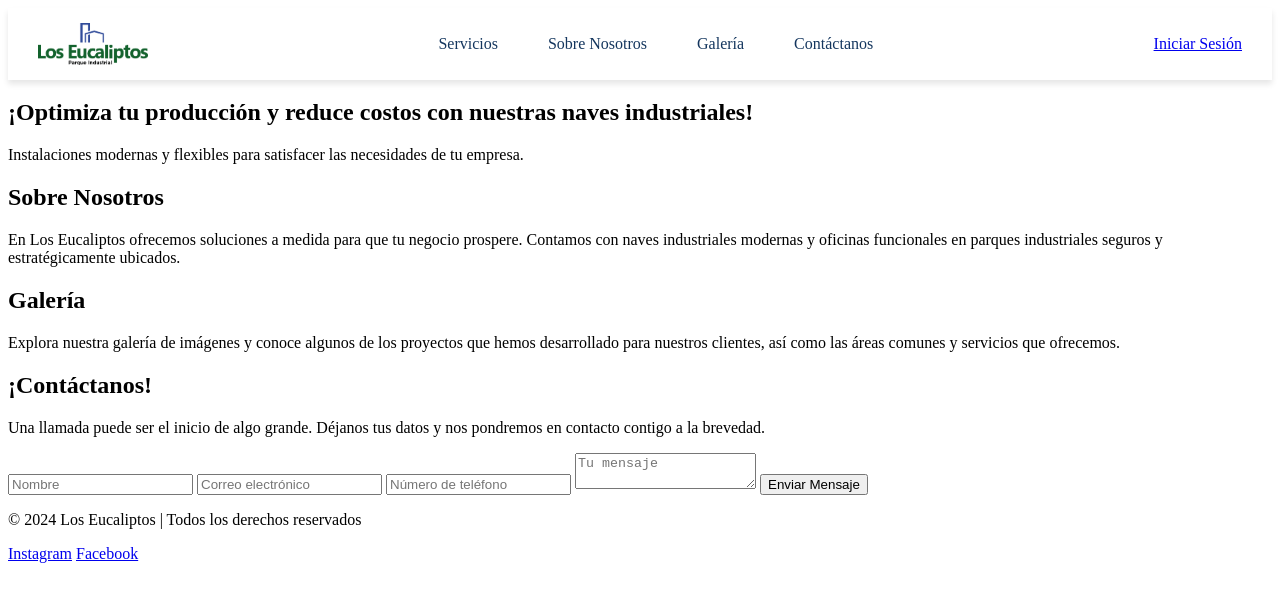
Repository: Los-Eucaliptos-WebApp/Los-Eucaliptos-FrontEnd
Page: pages/los-eucaliptos-home-page/index.html
The author's editor kept a copy of each file at every save. The page is drawn from the files as they stood at one save, then again after the next save.
The browser window is 1280 px wide. The pictures show the whole page.

Above is the page before, as saved 2025-02-16 22:01:36.

### pages/los-eucaliptos-home-page/index.html
<!DOCTYPE html>
<html lang="es">
<head>
    <meta charset="UTF-8">
    <meta name="viewport" content="width=device-width, initial-scale=1.0">
    <title>Los Eucaliptos</title>
    <link rel="stylesheet" href="styles.css">
</head>
<body>

    <!-- ENCABEZADO -->
    <header>
        <div class="logo">
            <img src="/assets/logo-los-eucaliptos.png" alt="Los Eucaliptos Logo">
        </div>

        <nav>
            <ul>
                <li><a href="#servicios">Servicios</a></li>
                <li><a href="#sobre-nosotros">Sobre Nosotros</a></li>
                <li><a href="#galeria">Galería</a></li>
                <li><a href="#contactanos">Contáctanos</a></li>
            </ul>
        </nav>

        <div class="auth-button">
            <a href="login.html" class="btn">Iniciar Sesión</a>
        </div>
    </header>

    <!-- SECCIÓN PRINCIPAL -->
    <section id="servicios">
        <h2>¡Optimiza tu producción y reduce costos con nuestras naves industriales!</h2>
        <p>Instalaciones modernas y flexibles para satisfacer las necesidades de tu empresa.</p>
    </section>

    <section id="sobre-nosotros">
        <h2>Sobre Nosotros</h2>
        <p>En Los Eucaliptos ofrecemos soluciones a medida para que tu negocio prospere. Contamos con naves industriales modernas y oficinas funcionales en parques industriales seguros y estratégicamente ubicados.</p>
    </section>

    <section id="galeria">
        <h2>Galería</h2>
        <p>Explora nuestra galería de imágenes y conoce algunos de los proyectos que hemos desarrollado para nuestros clientes, así como las áreas comunes y servicios que ofrecemos.</p>
    </section>

    <section id="contactanos">
        <h2>¡Contáctanos!</h2>
        <p>Una llamada puede ser el inicio de algo grande. Déjanos tus datos y nos pondremos en contacto contigo a la brevedad.</p>

        <form action="send-message.php" method="POST">
            <input type="text" name="nombre" placeholder="Nombre" required>
            <input type="email" name="email" placeholder="Correo electrónico" required>
            <input type="tel" name="telefono" placeholder="Número de teléfono" required>
            <textarea name="mensaje" placeholder="Tu mensaje" required></textarea>
            <button type="submit">Enviar Mensaje</button>
        </form>
    </section>

    <footer>
        <p>© 2024 Los Eucaliptos | Todos los derechos reservados</p>
        <div class="social">
            <a href="https://www.instagram.com" target="_blank">Instagram</a>
            <a href="https://www.facebook.com" target="_blank">Facebook</a>
        </div>
    </footer>

</body>
</html>

### pages/los-eucaliptos-home-page/styles.css
/* ENCABEZADO */
header {
    display: flex;
    justify-content: space-between;
    align-items: center;
    background: #ffffff;  /* Fondo blanco */
    color: rgb(20, 54, 94);  /* Texto en azul oscuro */
    padding: 15px 30px;
    box-shadow: 0 4px 6px rgba(0, 0, 0, 0.1); /* Añade una sombra sutil para dar profundidad */
}

.logo {
    display: flex;
    align-items: center;
    justify-content: flex-start;
}

.logo img {
    width: 110px;
    height: auto;
    margin-right: 10px;
}

nav {
    display: flex;
    align-items: center;
}

nav ul {
    list-style: none;
    display: flex;
    margin: 0;
    padding: 0;
}

nav ul li {
    margin: 0 15px;
}


nav ul li a {
    color: rgb(20, 54, 94);
    text-decoration: none;
    font-size: 16px;
    padding: 5px 10px;
    transition: color 0.3s ease, background-color 0.3s ease;
}

/* Efecto al pasar el ratón sobre los enlaces */
nav ul li a:hover {
    color: white; /* Cambia el color del texto cuando se pasa el ratón */
    background-color: rgb(26, 113, 72); /* Color de fondo al hacer hover */
    border-radius: 5px; /* Bordes redondeados para mejorar el efecto */
}

/* BOTONES DE AUTENTICACIÓN */
.auth-buttons {
    margin-left: 20px;
}

.auth-buttons .btn {
    background-color: #3498db; /* Fondo azul para los botones */
    color: rgb(105, 90, 146);
    padding: 10px 15px;
    border-radius: 5px;
    text-decoration: none;
    margin-left: 10px;
}

.auth-buttons .btn-secondary {
    background-color: #28a745; /* Fondo verde para el botón secundario */
}

After the next save:
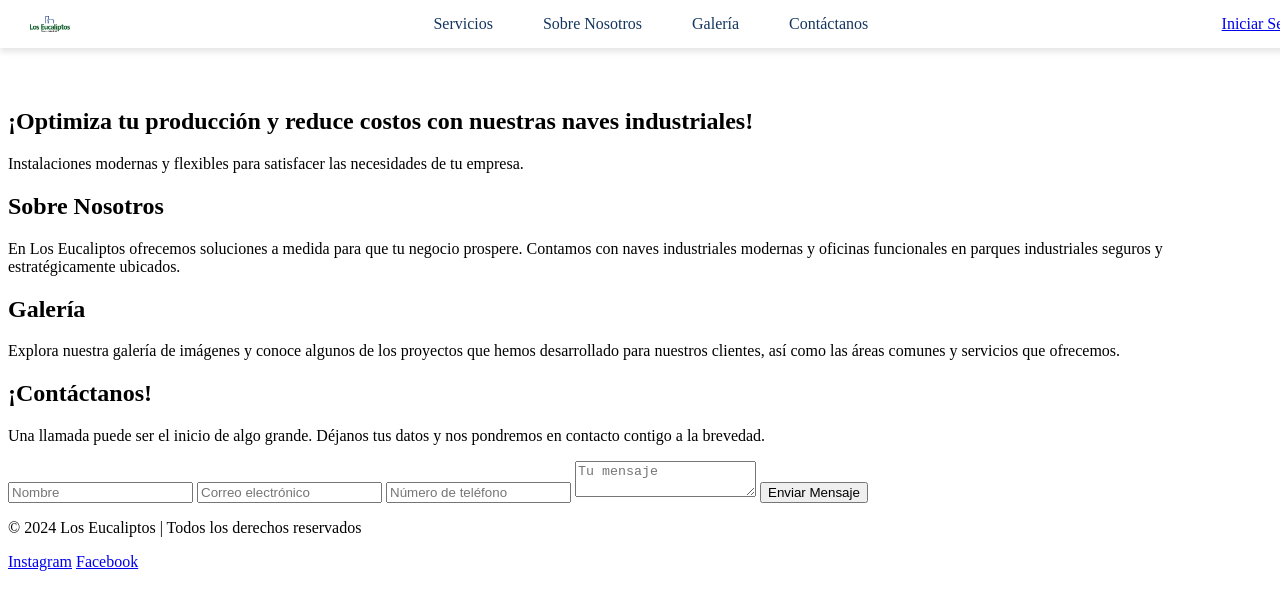
Saved 4 min 28 s later.
--- a/pages/los-eucaliptos-home-page/styles.css
+++ b/pages/los-eucaliptos-home-page/styles.css
@@ -6,9 +6,20 @@
     background: #ffffff;  /* Fondo blanco */
     color: rgb(20, 54, 94);  /* Texto en azul oscuro */
     padding: 15px 30px;
+    position: fixed;  /* Fija el encabezado */
+    top: 0;  /* Lo coloca en la parte superior */
+    left: 0;  /* Lo alinea a la izquierda */
+    width: 100%;  /* Hace que ocupe todo el ancho de la pantalla */
+    z-index: 1000;  /* Asegura que el encabezado esté encima de otros elementos */
     box-shadow: 0 4px 6px rgba(0, 0, 0, 0.1); /* Añade una sombra sutil para dar profundidad */
 }
 
+/* Aseguramos que el contenido no se oculte bajo el encabezado fijo */
+body {
+    padding-top: 80px; /* Ajusta este valor según la altura de tu encabezado */
+}
+
+/* LOGO */
 .logo {
     display: flex;
     align-items: center;
@@ -16,11 +27,12 @@
 }
 
 .logo img {
-    width: 110px;
+    width: 40px;  /* Ajusta el tamaño de la imagen (si es necesario) */
     height: auto;
     margin-right: 10px;
 }
 
+/* NAVEGACIÓN */
 nav {
     display: flex;
     align-items: center;
@@ -37,9 +49,9 @@
     margin: 0 15px;
 }
 
-
+/* Estilo de los enlaces de navegación */
 nav ul li a {
-    color: rgb(20, 54, 94);
+    color: rgb(20, 54, 94); /* Color del texto del enlace */
     text-decoration: none;
     font-size: 16px;
     padding: 5px 10px;
@@ -49,7 +61,7 @@
 /* Efecto al pasar el ratón sobre los enlaces */
 nav ul li a:hover {
     color: white; /* Cambia el color del texto cuando se pasa el ratón */
-    background-color: rgb(26, 113, 72); /* Color de fondo al hacer hover */
+    background-color: rgb(20, 54, 94); /* Color de fondo al hacer hover */
     border-radius: 5px; /* Bordes redondeados para mejorar el efecto */
 }
 
@@ -60,7 +72,7 @@
 
 .auth-buttons .btn {
     background-color: #3498db; /* Fondo azul para los botones */
-    color: rgb(105, 90, 146);
+    color: white;
     padding: 10px 15px;
     border-radius: 5px;
     text-decoration: none;

After the save that followed:
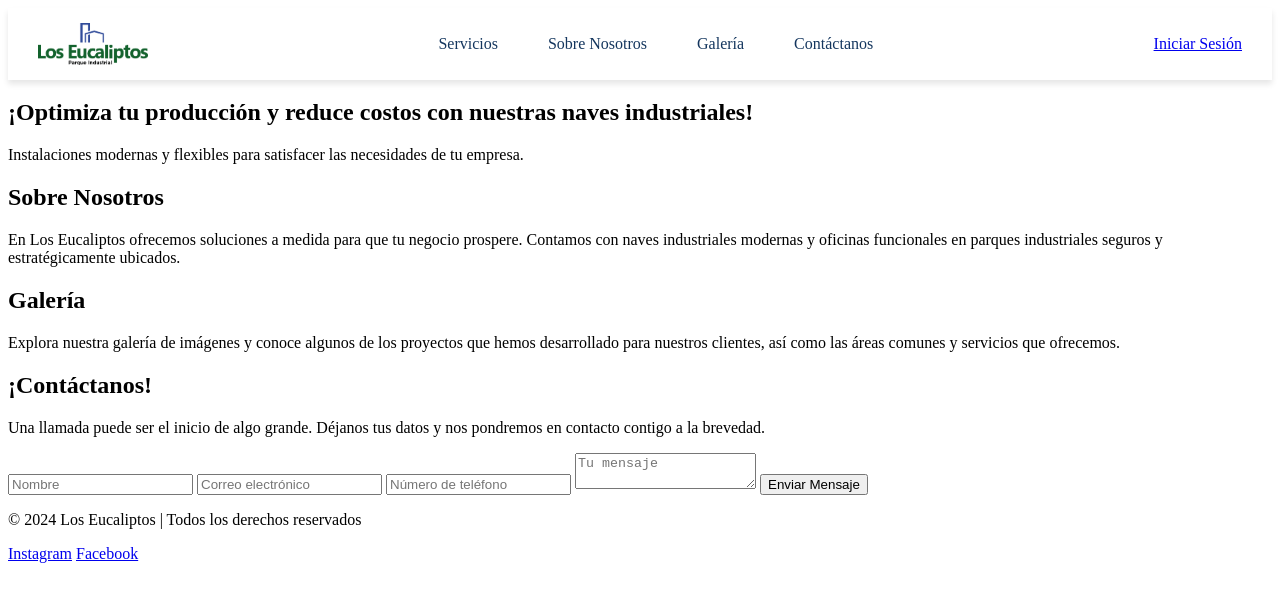
Saved 13 s later.
--- a/pages/los-eucaliptos-home-page/styles.css
+++ b/pages/los-eucaliptos-home-page/styles.css
@@ -6,20 +6,9 @@
     background: #ffffff;  /* Fondo blanco */
     color: rgb(20, 54, 94);  /* Texto en azul oscuro */
     padding: 15px 30px;
-    position: fixed;  /* Fija el encabezado */
-    top: 0;  /* Lo coloca en la parte superior */
-    left: 0;  /* Lo alinea a la izquierda */
-    width: 100%;  /* Hace que ocupe todo el ancho de la pantalla */
-    z-index: 1000;  /* Asegura que el encabezado esté encima de otros elementos */
     box-shadow: 0 4px 6px rgba(0, 0, 0, 0.1); /* Añade una sombra sutil para dar profundidad */
 }
 
-/* Aseguramos que el contenido no se oculte bajo el encabezado fijo */
-body {
-    padding-top: 80px; /* Ajusta este valor según la altura de tu encabezado */
-}
-
-/* LOGO */
 .logo {
     display: flex;
     align-items: center;
@@ -27,12 +16,11 @@
 }
 
 .logo img {
-    width: 40px;  /* Ajusta el tamaño de la imagen (si es necesario) */
+    width: 110px;
     height: auto;
     margin-right: 10px;
 }
 
-/* NAVEGACIÓN */
 nav {
     display: flex;
     align-items: center;
@@ -49,9 +37,9 @@
     margin: 0 15px;
 }
 
-/* Estilo de los enlaces de navegación */
+
 nav ul li a {
-    color: rgb(20, 54, 94); /* Color del texto del enlace */
+    color: rgb(20, 54, 94);
     text-decoration: none;
     font-size: 16px;
     padding: 5px 10px;
@@ -61,7 +49,7 @@
 /* Efecto al pasar el ratón sobre los enlaces */
 nav ul li a:hover {
     color: white; /* Cambia el color del texto cuando se pasa el ratón */
-    background-color: rgb(20, 54, 94); /* Color de fondo al hacer hover */
+    background-color: rgb(26, 113, 72); /* Color de fondo al hacer hover */
     border-radius: 5px; /* Bordes redondeados para mejorar el efecto */
 }
 
@@ -72,7 +60,7 @@
 
 .auth-buttons .btn {
     background-color: #3498db; /* Fondo azul para los botones */
-    color: white;
+    color: rgb(255, 255, 255);
     padding: 10px 15px;
     border-radius: 5px;
     text-decoration: none;
